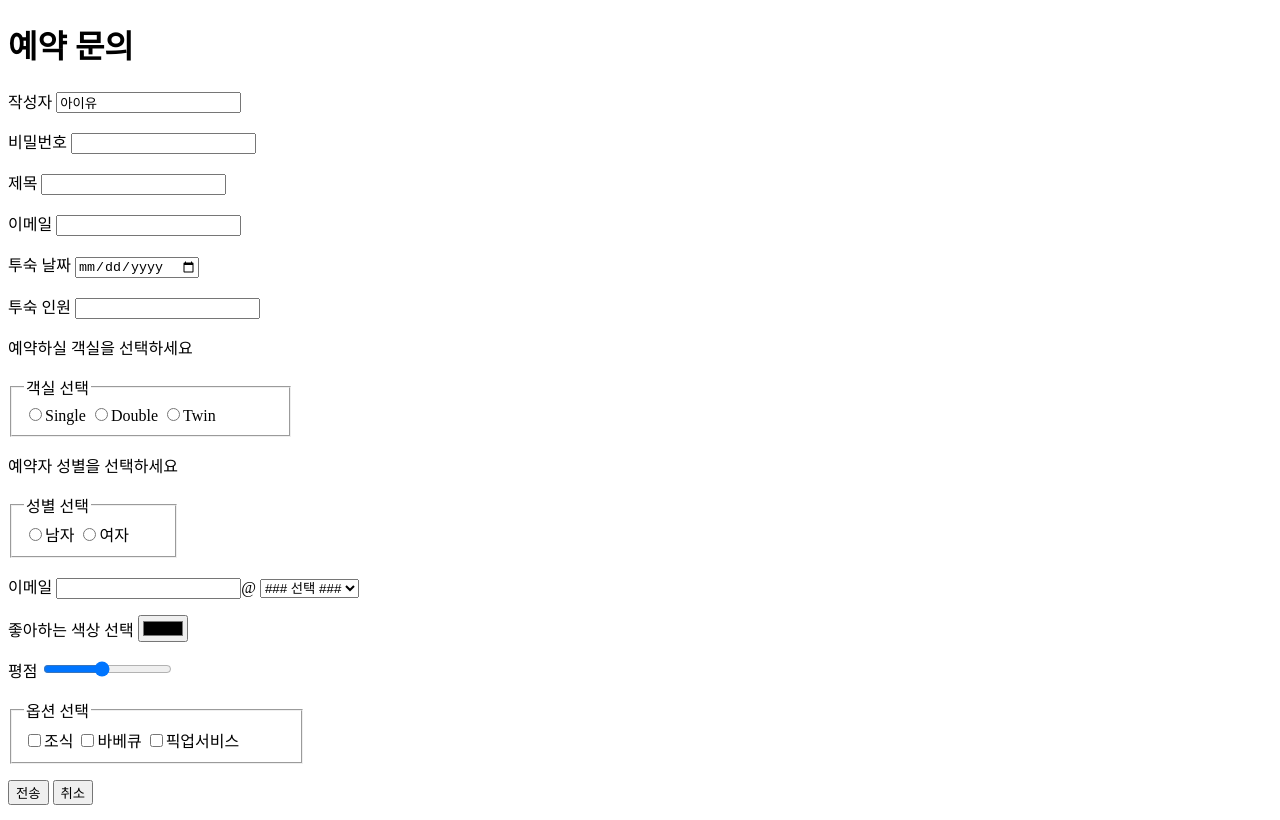
Repository: song-bean/Web_song
Page: 01_HTML/src/main/webapp/Ex12.html
The author's editor kept a copy of each file at every save. The page is drawn from the files as they stood at one save, then again after a run of saves.
The browser window is 1280 px wide. The pictures show the whole page.

Above is the page before, as saved 2023-02-22 06:37:05.

After the next 3 saves:
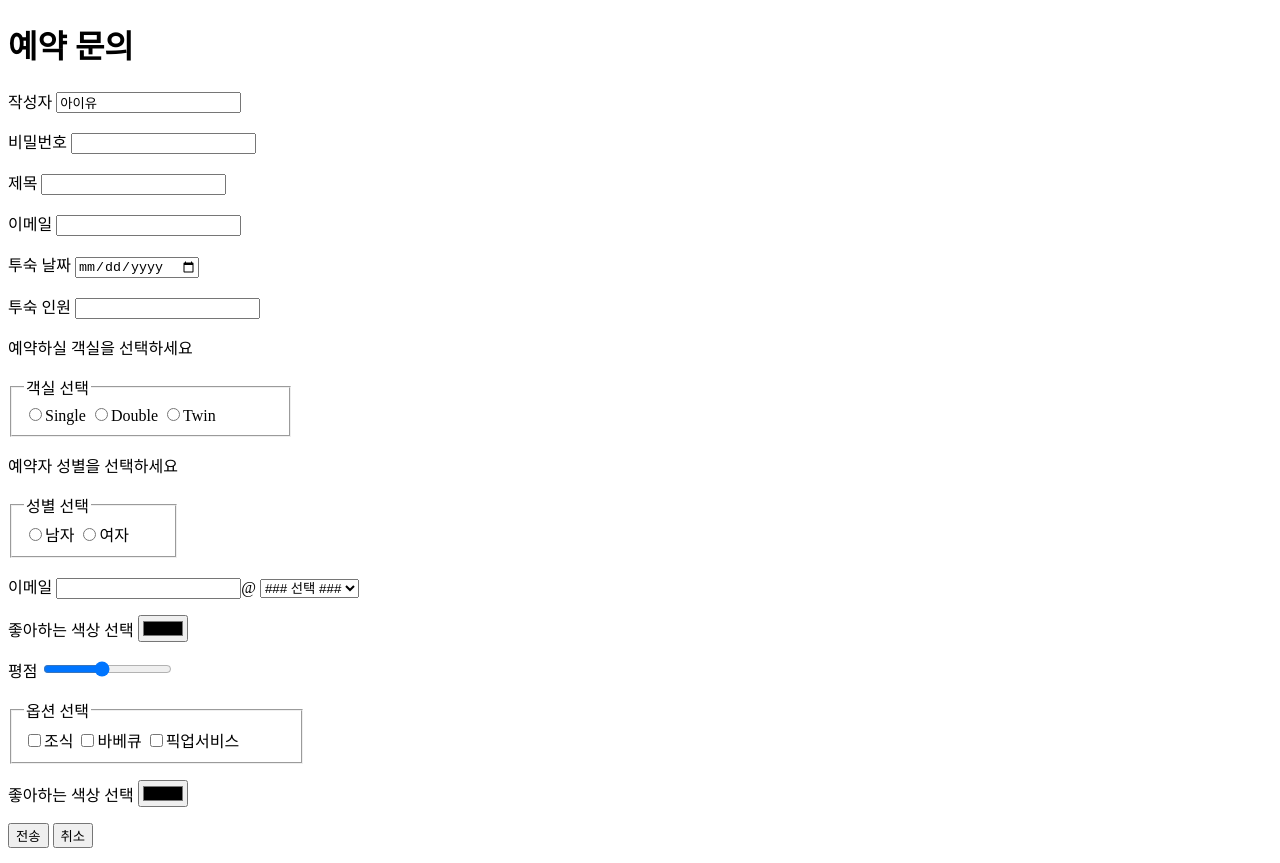
The 3 saves are shown as one change because they came seconds apart.
The last was saved 20 s later.
--- a/01_HTML/src/main/webapp/Ex12.html
+++ b/01_HTML/src/main/webapp/Ex12.html
@@ -67,7 +67,6 @@
 			<input type="color" name="userColor">
 		</p>
 
-
 		<p>
 			<label>평점</label>
 			<input type="range" name="userPoints" min="1" max="10" value="5">
@@ -83,6 +82,11 @@
 		</p>
 
 		<p>
+			<label>좋아하는 색상 선택</label>
+			<input type="color" name="userColor">
+		</p>
+
+		<p>
 			<input type ="submit" value="전송">
 			<input type ="reset" value="취소">
 		</p>
